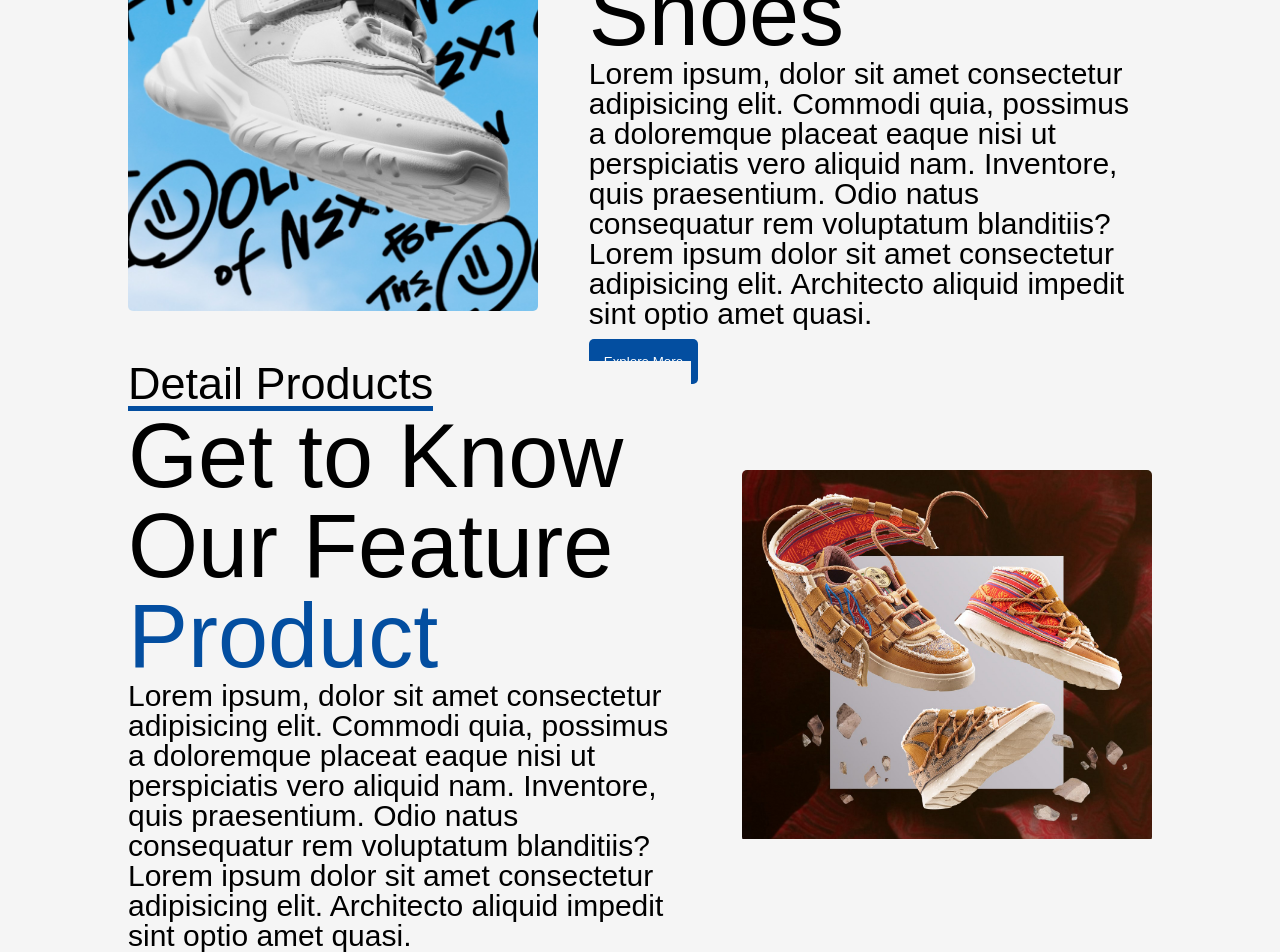
Repository: AnhDuc0125/Shoes-Store
Page: index.html
An editor plug-in stored every save of this project. The page is shown before and after the next save, followed by the edit.
The browser window is 1280 px wide. The pictures show the part of the page from y = 1874 to 2826 px (the page is 2826 px tall).
Some icons come from a web library that is not loaded, so they are not drawn. A picture or video elsewhere on the page could not be fetched, so the positions and the page height are approximate. Some web fonts or font styles are not loaded; a fallback is used. Some web libraries are served in a nearby version.

Above is the page before, as saved 2022-01-17 10:11:34.

After the next save:
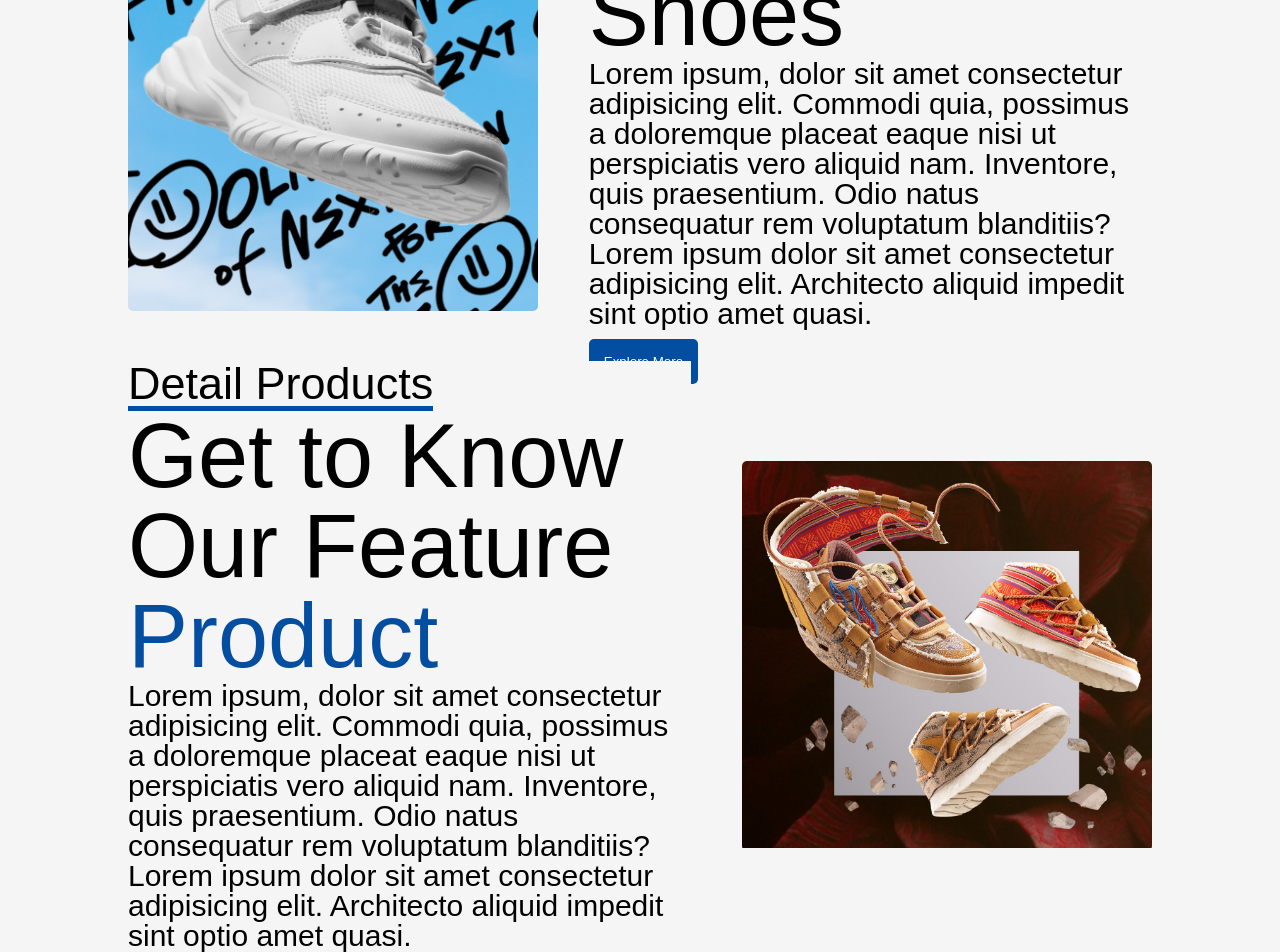
Saved 14 s later.
--- a/css/style.css
+++ b/css/style.css
@@ -253,6 +253,6 @@
 }
 
 .detail__right img {
-    width: 100%;
+    width: 105%;
     object-fit: cover;
 }

After the 2 saves that followed:
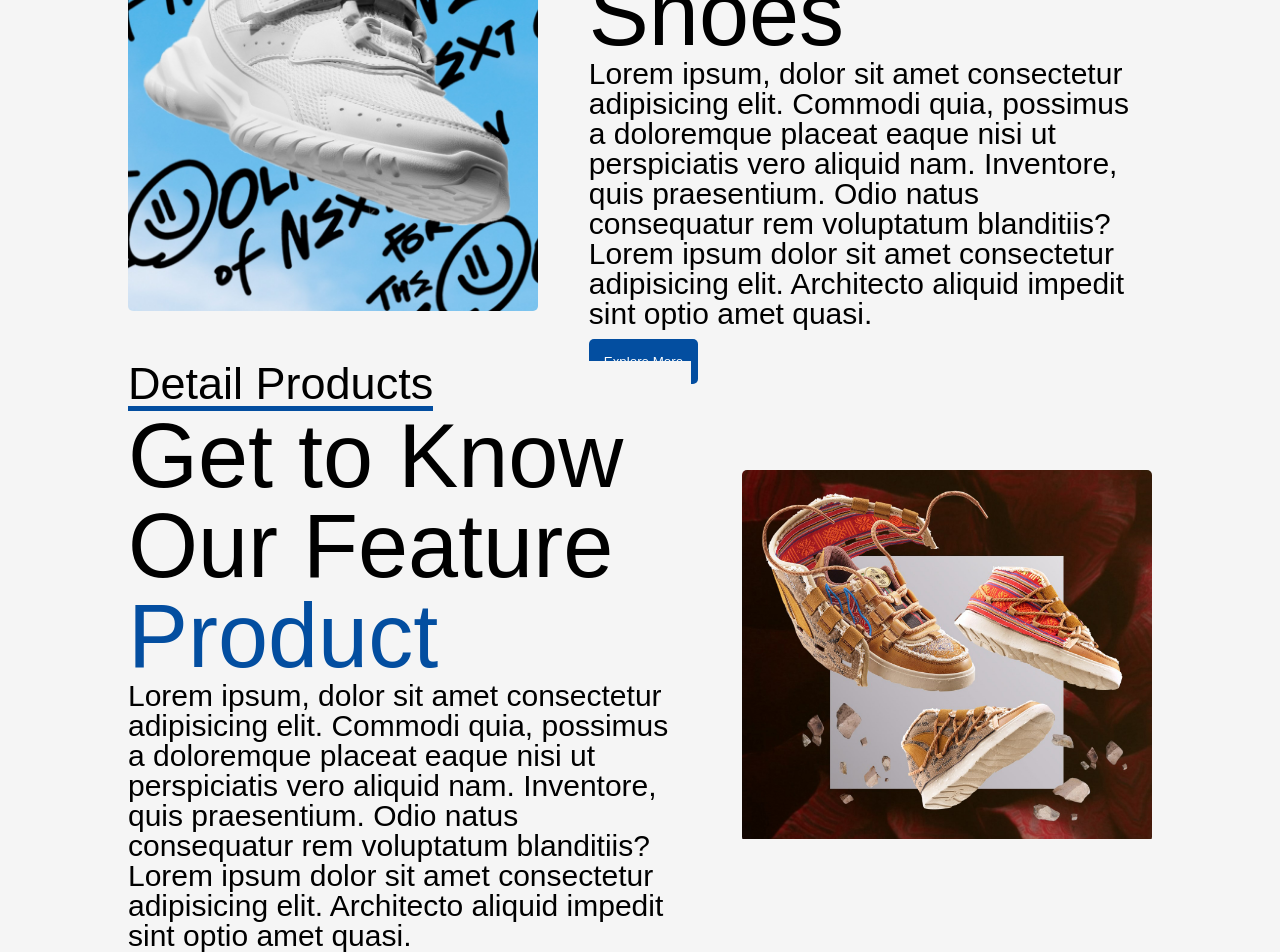
The 2 saves are shown as one change because 1 left the picture as it was.
The last was saved 37 s later.
--- a/css/style.css
+++ b/css/style.css
@@ -253,6 +253,7 @@
 }
 
 .detail__right img {
-    width: 105%;
+    width: 100%;
+    height: 100%;
     object-fit: cover;
 }
